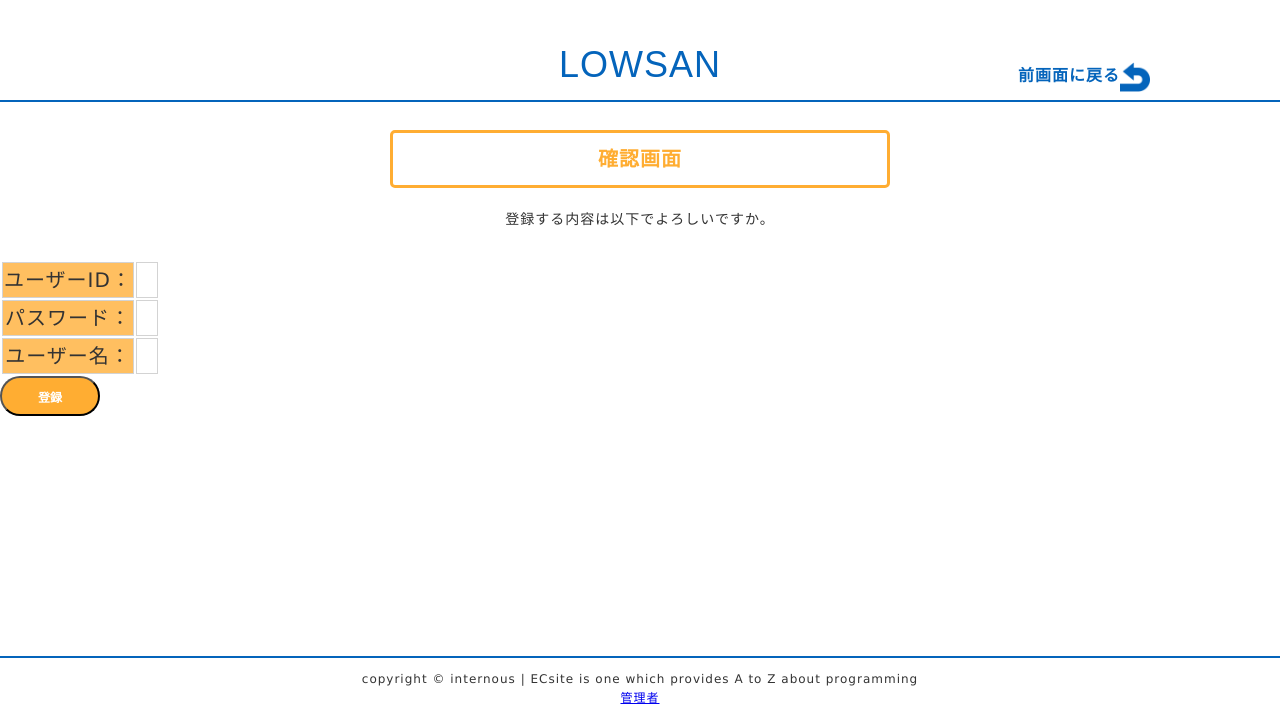
Repository: nishimura0212/myECsite
Page: http://localhost/ecsite/userCreateConfirm.jsp
An editor plug-in stored every save of this project. The page is shown before and after the next save, followed by the edit.
The browser window is 1280 px wide. The pictures show the whole page.
The page is served by Tomcat 9. Other server files are loaded and not shown.

Above is the page before, as saved 2019-01-19 09:54:09.

### ecsite/WebContent/userCreateConfirm.jsp
<%@ page language="java" contentType="text/html; charset=UTF-8"
    pageEncoding="UTF-8"%>
<%@ taglib prefix="s" uri="/struts-tags" %>
<!DOCTYPE html>
<html>
<head>
<meta http-equiv="Content-Type" content="text/html; charset=UTF-8"/>
<meta http-equiv="Content-Script-Type" content="text/javascript"/>
<meta http-equiv="imagetoolbar" content="no"/>
<meta name="description" content=""/>
<meta name="keywords" content=""/>
<title>確認画面</title>
<link rel="stylesheet" type="text/css" href="css/style.css">
</head>
<body>
	<div id="header">
		<p>LOWSAN</p>
		<div id="header-icon">
			<ul>
				<li class="icon">
					<a href="UserCreateAction">
					前画面に戻る<img src="./img/icon/back.png" width="30px" height="30px">
					</a>
				</li>
			</ul>
		</div>
	</div>
	<div id="main">
		<div id="top">
			<p>確認画面</p>
		</div>
		<div>
			<div class="comment">登録する内容は以下でよろしいですか。</div>
			<div class="right">
				<s:form action="UserCreateCompleteAction">
					<table>
						<tr>
							<td class="td-left"><label>ユーザーID：</label></td>
							<td class="td-right"><s:property value="loginUserId" escape="false" /></td>
						</tr>
						<tr>
							<td class="td-left"><label>パスワード：</label></td>
							<td class="td-right"><s:property value="loginPassword" escape="false" /></td>
						</tr>
						<tr>
							<td class="td-left"><label>ユーザー名：</label></td>
							<td class="td-right"><s:property value="userName" escape="false" /></td>
						</tr>
					</table>
					<div>
						<input type="button" value="登録" class="single_btn" />
					</div>
				</s:form>
			</div>
		</div>
	</div>
	<div id="footer">
		<p>copyright &copy; internous | ECsite is one which provides A to Z about programming<br/>
		<a href = '<s:url action="AdminAction"/>'>管理者</a></p>
	</div>

</body>
</html>

### ecsite/WebContent/css/style.css
@CHARSET "UTF-8";

/* bodyレイアウト */
body{
	margin: 0;
	padding: 0;
	height: 100%;
	height: auto;
	line-height: 1.6;
	letter-spacing: 1px;
	font-family: Verdana,Helvetica,sans-serif;
	font-size: 12px;
	color: #333;
	background: #fff;
}

/* headerレイアウト */
#header{
	position: fixed;
	left: 0;
	top: 0;
	z-index: 2;
	width: 100%;
	height: 100px;
	text-align: center;
	background-color: #fff;
	border-bottom: 2px solid #0464bb;
}
#header p{
	color: #0464bb;
	font-family: "メイリオ",sans-serif;
	font-size: 36px;
}
#header-icon{
	position: absolute;
	top: 50px;
	right: 100px;
}
#header-icon .icon{
	float: left;
	margin: 0 auto;
	margin-right: 30px;
	list-style-type: none;
	font-size: 16px;
	font-weight: bold;
}
#header-icon .icon img{
	clear: both;
	vertical-align: middle;
}
#header-icon .icon a{
	color: #0464bb;
	text-decoration:none;
}
.icon:hover{
	cursor: pointer;
}

/* mainレイアウト */
#main{
	position: relative;
	top: 110px;
	width: 100%;
	padding-bottom: 60px;
}

.waku{
	margin-top: 50px;
}

/* 見出しレイアウト */
#top{
	width: 500px;
	margin: 0px auto;
	margin-top: 10px;
	text-align: center;
}
#top p{
	font-size: 20px;
	font-weight: bold;
	border: 3px solid #FFAD32;
	border-radius: 5px;
	color: #FFAD32;
	background-color: #fff;
	padding: 10px 0px;
}

/* tableレイアウト */
.table{
	margin: 0 auto;
	width: 800px;
	font-size: 24px;
	padding: 40px 30px 50px 20px;
	background-color: #FFFDEB;
	color: #FFAD32;
	border-radius: 10px;
}

/* ログイン画面 */
.textarea{
	width: 100%;
	height: 30px;
	font-size: 22px;
	padding-left: 1%;
	border-radius: 15px;
}
input[type="text"]:focus {
	border: 2px solid #FFD493;
	outline: 0;
}
input[type="password"]:focus {
	border: 2px solid #FFD493;
	outline: 0;
}
.error{
	margin: 0 auto;
	width: 500px;
	text-align: center;
}
.error p{
	color: #FF5151;
	font-size: 14px;
}
.single{
	margin-top: 20px;
	text-align: center;
	padding: 20px;
}
.single_btn{
	width: 100px;
	height: 40px;
	padding: 5px;
	background-color: #FFAD32;
	font-size: 12px;
	font-weight: bold;
	color: white;
	border-color: none;
	border-radius: 20px;
}
.single_btn:hover{
	background-color: #F99500;
	cursor: pointer;
}

/* 会員画面 */
.comment{
	text-align: center;
	font-size: 14px;
}
.main-text{
	text-align: center;
	margin-top: 10px;
}
.userButton{
	margin-top: 20px;
	width: 300px;
	height: 100px;
	color: #FFFDEB;
	font-size: 24px;
	background-color: #FFAD32;
	border-radius: 20px;
}
.userButton:hover{
	cursor: pointer;
	background-color: #F99500;
}

/* カテゴリ選択画面 */
.categoryBox{
	margin: 0 auto;
	margin-top: 30px;
	width: 600px;
	text-align: center;
}
.category{
	margin: 0 auto;
	display: inline-block;
	text-align: center;
}
.categoryCircle{
	margin: 0 auto;
	float: left;
}
.circle{
	width: 200px;
	height: 200px;
	margin: 0px 20px 10px 20px;
	border-radius: 50%;
	font-size: 30px;
	border: 5px solid #FFBF60;
	background-color: #FFFDEB;
}
.circle:hover{
	background-color: #FFBF60;
	color: #FFFDEB;
	border: none;
	cursor: pointer;
}
#empty{
	clear: both;
}

/* 商品選択画面 */
.item-wrap{
	width: 700px;
	margin: 30px auto;
	height: 100%;
	padding-bottom: 60px;
}
.itemBox{
	width: 300px;
	height: 250px;
	text-align: center;
	border: 2px dotted gray;
	margin: 20px 20px 20px 20px;
	background-color: #f9fcb6;
}
.itemBox img{
	width: 250px;
	height: 250px;
}
.itemName{
	margin: 0;
	font-size: 15px;
}
.flex-container{
	display: inline-flex;
}

/* 商品購入画面 */
.containerA{
	margin: 0 auto;
	margin-top: 20px;
	margin-right: 50px;
	text-align: center;
}
.left{
	width: 300px;
	height: 300px;
}
.left img{
	width: 100%;
}
.right{
	height: 300px;
	font-size: 20px;
	margin-top: 30px;
	border-collapse: collapse;
}
.td-left{
	text-align: center;
	background-color: #FFBF60;
	border: 1px solid lightgray;
}
.td-right{
	text-align: left;
	padding: 0px 10px;
	border: 1px solid lightgray;
}
.td-submit{
	background-color: #fff;
}
.select{
	width: 50px;
	font-size: 20px;
}
.select:hover{
	cursor: pointer;
}
.block{
	width: 100px;
	display: block;
}

/* 商品購入確認画面 */
.containerB{
	margin: 0 auto;
	margin-left: 150px;
	text-align: center;
}
.button{
	position: relative;
	top: 350px;
	right: 210px;
}
.gray_btn{
	width: 100px;
	height: 40px;
	padding: 5px;
	background-color: #808080;
	font-size: 12px;
	font-weight: bold;
	color: white;
	border-color: none;
	border-radius: 20px;
}
.gray_btn:hover{
	background-color: #666666;
	cursor: pointer;
}

/* 商品購入完了画面 */
.center{
	width: 400px;
	margin: 0 auto;
	margin-top: 50px;
}
.comment p{
	height: 50px;
	line-height: 50px;
	font-size: 16px;
	border: 2px solid gray;
	border-radius: 5px;
}

/* 商品購入履歴画面 */
.history-table{
	margin:0 auto;
	font-size: 16px;
	border-collapse: collapse;
	border: 1px solid lightgray;
	text-align: center;
}
.history-table th{
	border: 1px solid lightgray;
}
.history-table td,.td-img{
	border: 1px solid lightgray;
}
.history-table tr:first-child{
	background-color: #FFBF60;
}
.td-img img{
	width: 100px;
	height: 100px;
}

/* 商品購入画面 */
.pay-method{
	text-align: center;
	font-size: 14px;
}
.pay-method h4{
	margin: 0 auto;
	margin-top: 20px;
	width: 300px;
	border: 2px solid #FFAD32;
	border-radius: 5px;
}





.buy-item-button{
	margin: 20px;
	width: 100px;
	height: 50px;
	background-color: #eee;
	border-radius: 20%;
}
.buy-item-button:hover{
	cursor: pointer;
	background-color: #f9fcb6;
}
.pointer:hover{
	cursor: pointer;
}
.button1{
	margin: 0 20px auto;
	float: left;
}
.submit{
	width: 300px;
	height: 400px;
	border-radius: 10%;
	background-color: #f8f8f8;
	font-size: 30px;
}
.submit:hover{
	box-shadow: none;
	background-color: #ffff80;
	cursor: pointer;
}
#text-link{
	display: inline-block;
	text-align: right;
}
#text-right{
	display: inline-block;
	text-align: right;
}
.text-right{
	display: inline-block;
	margin-left: 4%;
}
#wrap{
	margin: 0 40% auto;
}
#left{
	float: left;
	width: 50%;
}
#right{
	float: left;
	width: 50%;
}
.text-center{
	display: inline-block;
	text-align: center;
}
#text{
	clear: left;
	padding-top: 20px;
	width: 780px;
	margin: 30px auto;
}
.text{
	text-align: center;
}
#list{
	border: 2px dotted gray;
	width: 500px;
	height: 100px;
	background-color: lightyellow;
	margin: 30px auto;
}
#list ul li{
	display: inline-block;
	list-style-type: none;
	margin-right: 2em;
}
#button{
	display: inline-block;
	text-align: center;
}
#empty{
	clear: both;
}
.button{
	margin: 0 auto;
	float: left;
	margin-right: 10px;
}
.button:hover{
	cursor: pointer;
}
.category_button{
	margin: 0 auto;
	float: left;
}
.item{
	width: 200px;
	height: 200px;
	margin: 0px 20px 10px 20px;
	border-radius: 50%;
	font-size: 30px;
}





/* footerレイアウト */
#footer{
	clear: both;
	position: fixed;
	left: 0;
	bottom: 0;
	z-index: 2;
	width: 100%;
	background-color: #fff;
	border-top: 2px solid #0464bb;
}
#footer p{
	text-align: center;
}

After the next save:
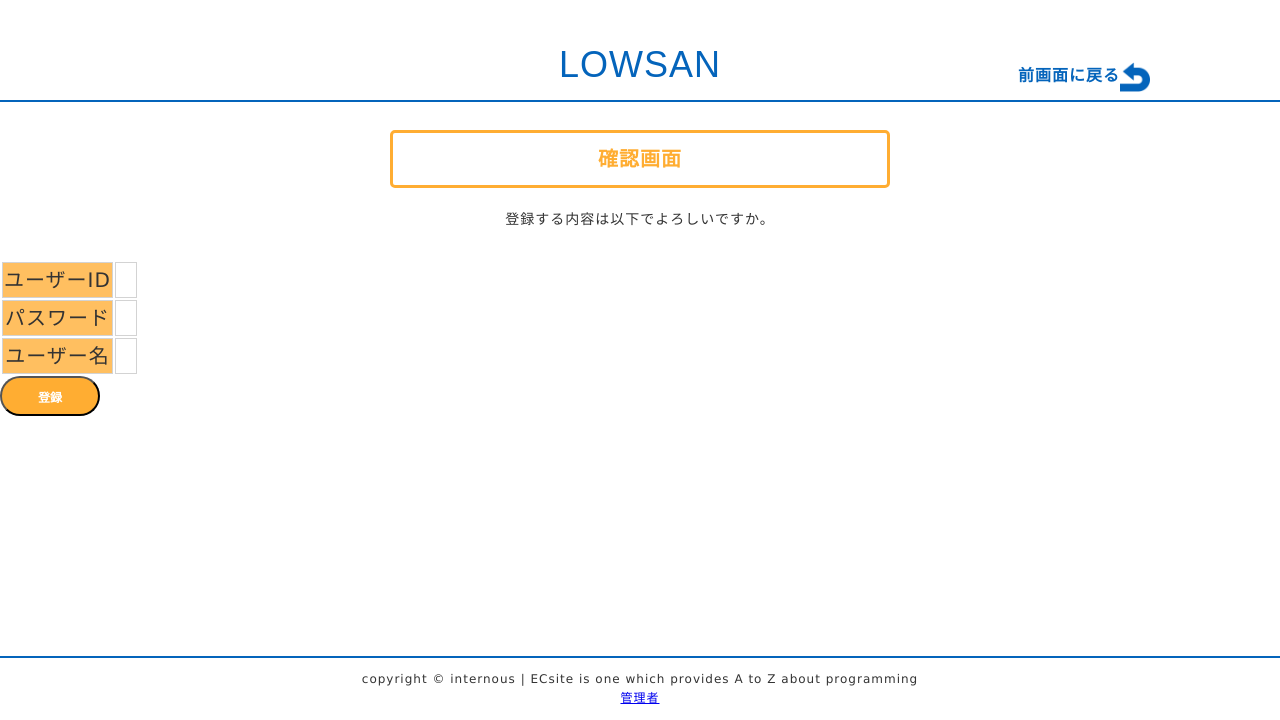
Saved 48 s later.
--- a/ecsite/WebContent/userCreateConfirm.jsp
+++ b/ecsite/WebContent/userCreateConfirm.jsp
@@ -35,15 +35,15 @@
 				<s:form action="UserCreateCompleteAction">
 					<table>
 						<tr>
-							<td class="td-left"><label>ユーザーID：</label></td>
+							<td class="td-left"><label>ユーザーID</label></td>
 							<td class="td-right"><s:property value="loginUserId" escape="false" /></td>
 						</tr>
 						<tr>
-							<td class="td-left"><label>パスワード：</label></td>
+							<td class="td-left"><label>パスワード</label></td>
 							<td class="td-right"><s:property value="loginPassword" escape="false" /></td>
 						</tr>
 						<tr>
-							<td class="td-left"><label>ユーザー名：</label></td>
+							<td class="td-left"><label>ユーザー名</label></td>
 							<td class="td-right"><s:property value="userName" escape="false" /></td>
 						</tr>
 					</table>
